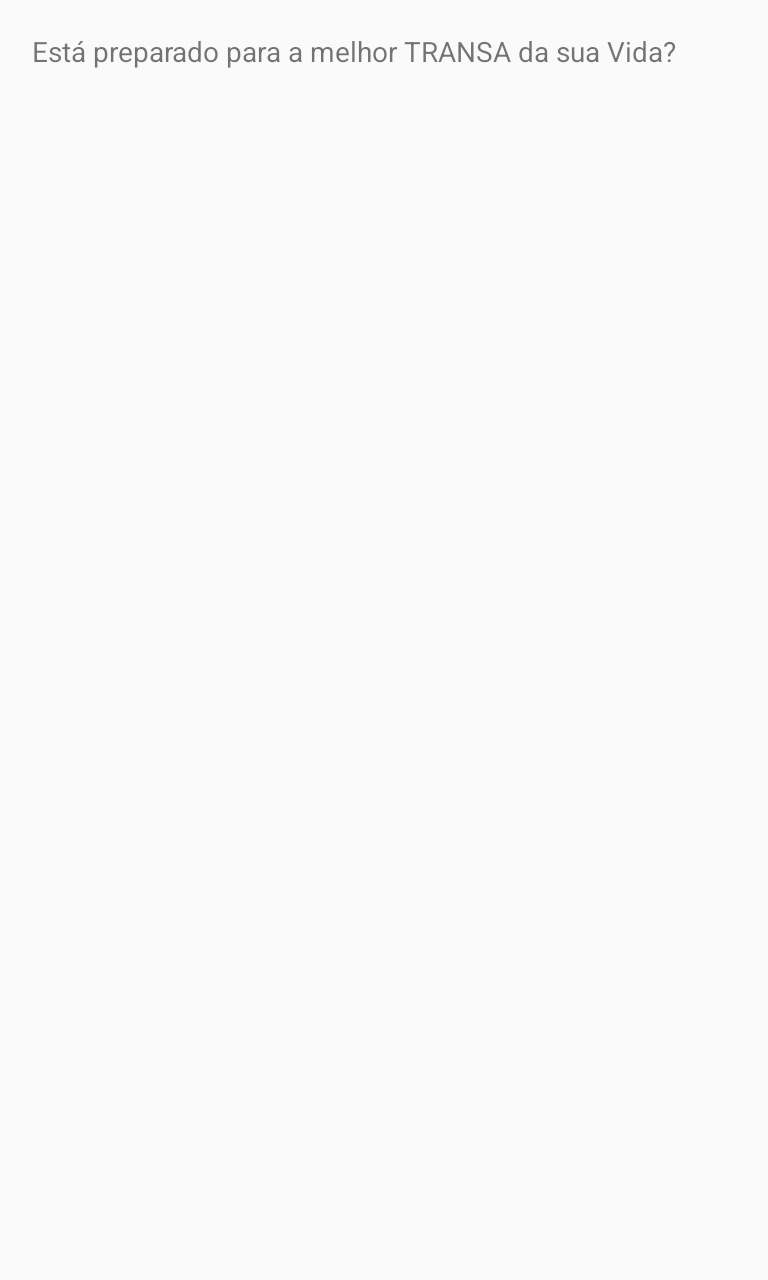
Repository: Cookahn/bioca_sounds
Layout: ChicoBiocaApp/res/layout/fragment_main.xml
An editor plug-in stored every save of this project. The layout is shown before and after a run of saves, followed by the edit.
It is drawn on a 768 x 1280 px phone screen (xhdpi) without system bars, with theme AppTheme; the app's code is not run.

Above is the layout before, as saved 2014-08-11 19:28:22.

After the next 2 saves:
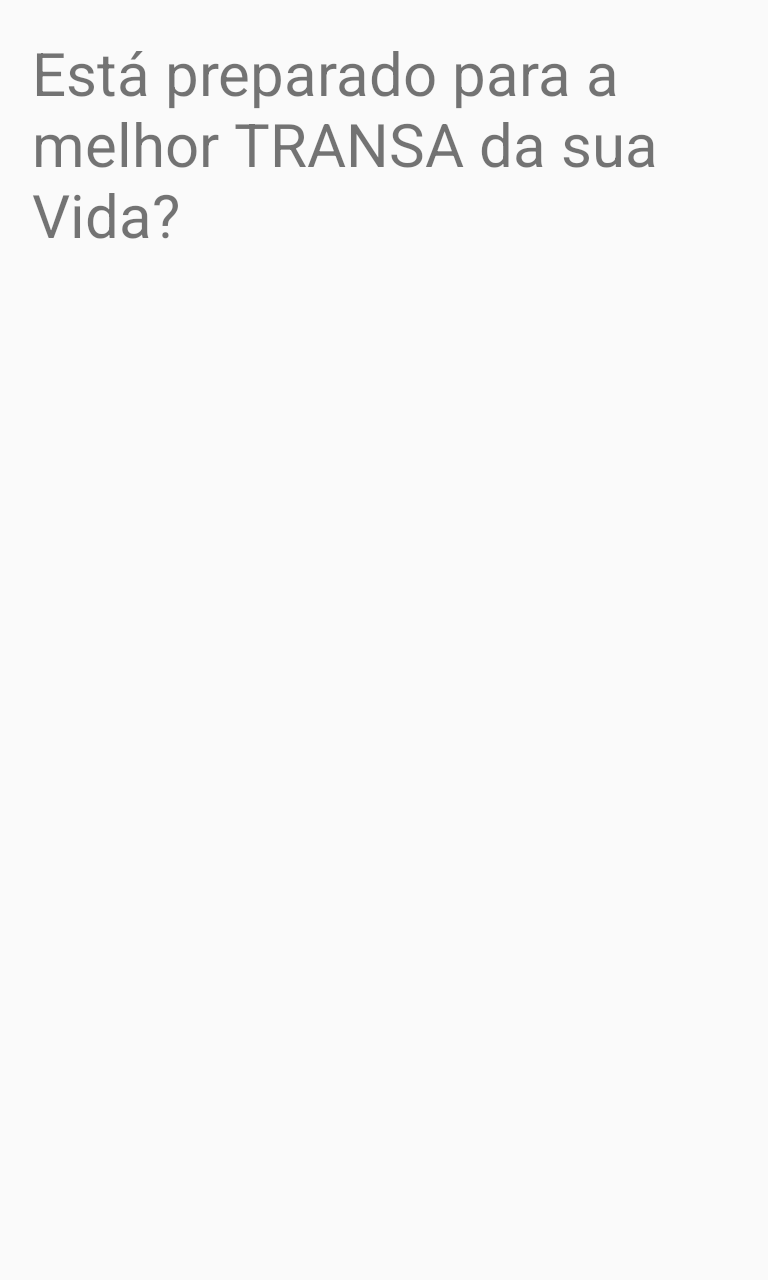
The 2 saves are shown as one change because they came seconds apart.
The last was saved 52 s later.
--- a/ChicoBiocaApp/res/layout/fragment_main.xml
+++ b/ChicoBiocaApp/res/layout/fragment_main.xml
@@ -11,6 +11,7 @@
     <TextView
         android:layout_width="wrap_content"
         android:layout_height="wrap_content"
-        android:text="@string/are_you_ready" />
+        android:text="@string/are_you_ready"
+        android:textSize="30dp" />
 
 </RelativeLayout>
